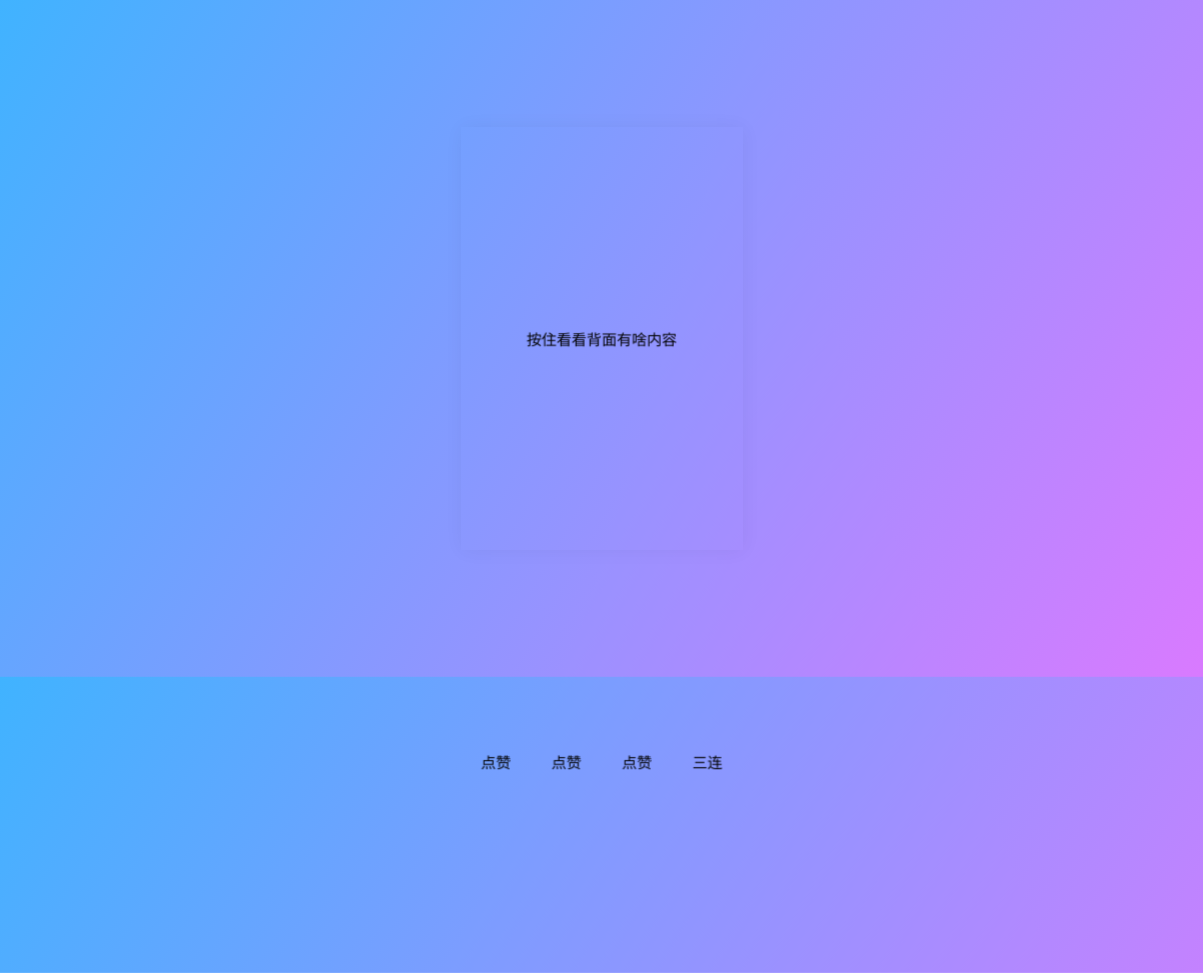
Repository: triumph-star/CSS-practice
Page: One CSS per day/overturn/index.html
These files come from the project's save history. The page is drawn as it stood at one moment and after a run of saves; the edit follows.
The browser window is 1280 px wide. The pictures show the whole page, at 94% of full size.

Above is the page before, as saved 2020-11-17 09:31:00.

### One CSS per day/overturn/index.html
<!DOCTYPE html>
<html lang="en">
<head>
  <meta charset="UTF-8">
  <meta name="viewport" content="width=device-width, initial-scale=1.0">
  <title>翻转卡片</title>
  <link href="./css.css" rel="stylesheet"></link>
</head>
<body>
  <div class="card">
    <!-- 卡片正面 -->
    <div class="card_front">
      <p>按住看看背面有啥内容</p>
    </div>
    <!-- 卡片背面 -->
    <div class="card_back">
      <p>点赞</p>
      <p>点赞</p>
      <p>点赞</p>
      <p>三连</p>
    </div>
  </div>
</body>
</html>

### One CSS per day/overturn/css.css
* {
  margin: 0;
  padding: 0;
  user-select: none;
}

body {
  perspective: 1600px;
  height: 100vh;
  width: 100%;
  display: flex;
  justify-content: center;
  align-items: center;
  background-image: linear-gradient(120deg,#40b3ff,#d97aff);
}

.card{
  position: relative;
  transform-style: preserve-3d;
  width: 300px;
  height: 450px;
  cursor: pointer;
  box-shadow: 1px 1px 20px rgba(0, 0, 0, 0.05);
}

.card_front,.card_back{
  width: 100%;
  height: 100%;
  display: flex;
  justify-content: space-around;
  align-items: center;
  fle
}

After the next 3 saves:
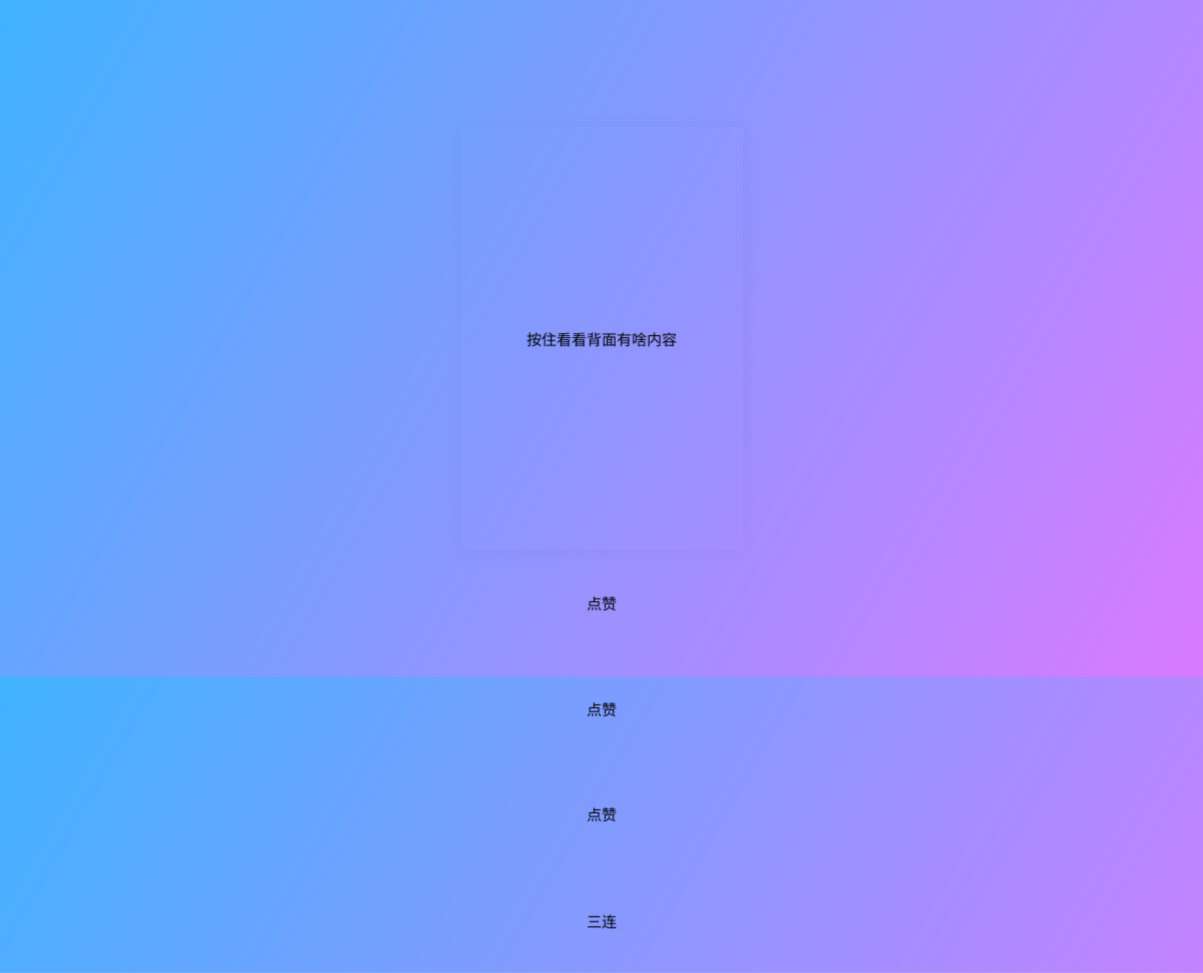
The 3 saves are shown as one change because they came seconds apart.
The last was saved 11 s later.
--- a/One CSS per day/overturn/css.css
+++ b/One CSS per day/overturn/css.css
@@ -29,5 +29,6 @@ body {
   display: flex;
   justify-content: space-around;
   align-items: center;
-  fle
+  flex-direction: column;
+  border-radius: ;
 }
